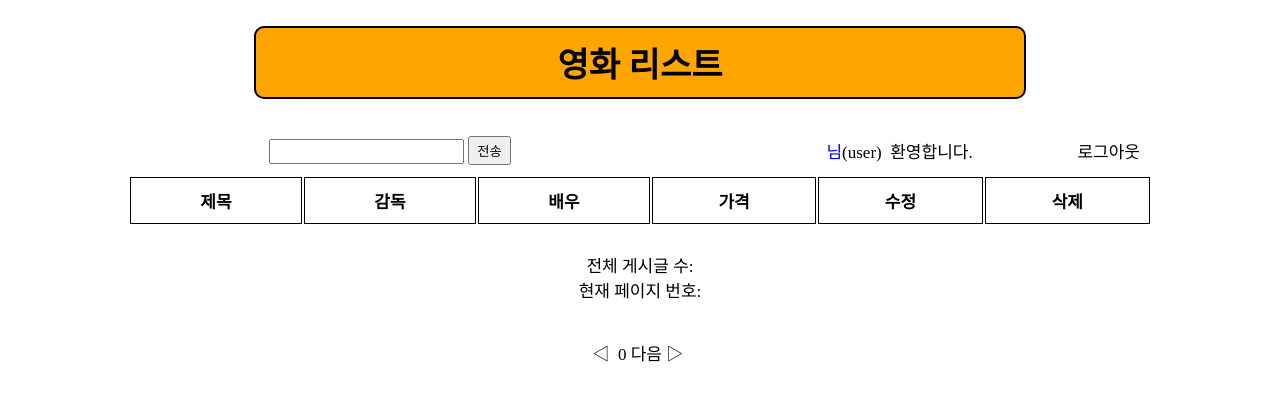
Repository: EverythingOfC/movie
Page: http://localhost/movie/movie/list.jsp
The author's editor kept a copy of each file at every save. The page is drawn from the files as they stood at one save, then again after the next save.
The browser window is 1280 px wide. The pictures show the whole page.
The page is served by Tomcat 9. Nobody is signed in. The application's start-up code is not run. Other server files are loaded and not shown. The template is opened directly, without the code that normally fills it, so the values that code supplies are empty.

Above is the page before, as saved 2023-01-03 09:47:22.

### movie/src/main/webapp/movie/list.jsp
<%@ page language="java" contentType="text/html; charset=UTF-8"
	pageEncoding="UTF-8"%>
<%@ taglib prefix="c" uri="http://java.sun.com/jsp/jstl/core"%>
<!DOCTYPE html>
<html>
<head>
<meta charset="UTF-8">
<title>Insert title here</title>
<link rel="stylesheet" type="text/css" href="../css/movie.css">
</head>
<body>

	<div class="title">
		<h1>영화 리스트</h1>
	</div>

	<div class="main">
		<table>

			<tr>
				<td colspan="3" style="border:0; text-align:center;">
				<form action="ms" method="get">
					<input type="text" name="search" style="padding:3px 7px;">
					<input type="submit" value="전송" style="padding:3px 7px;">
				</form>
				</td>
				<td colspan="2" style="border:0; text-align:right;">
				<c:choose>
					<c:when test="${member.auth eq '1' }">
					<span style="color:red">${member.name}님</span>(admin)
					</c:when>
					<c:otherwise>
					<span style="color:blue">${member.name}님</span>(user)
					</c:otherwise>
				</c:choose>&nbsp;환영합니다.
				</td>
				<td style="border: 0; text-align: right; margin-top: 2vw;">

					<c:if test="${member.auth eq '1' }"><!-- 관리자인 경우에만 -->
					<a href="ms?command=insertForm">영화등록</a>&nbsp;&nbsp;
					</c:if>
					<a href="ms?command=loginForm">로그아웃</a>
				</td>
			</tr>

			<tr>
				<th>제목</th>
				<th>감독</th>
				<th>배우</th>
				<th>가격</th>
				<th>수정</th>
				<th>삭제</th>
			</tr>

			<c:forEach var="movie" items="${movies }">
				<tr>
					<td><a style="color:red;" href="ms?command=view&code=${movie.code}">${movie.title }</a></td>
					<td>${movie.director }</td>
					<td>${movie.actor }</td>
					<td>${movie.price }</td>


					<c:choose>
						<c:when test="${member.auth eq '1' }">	<!-- 관리자인 경우 -->
							<td><a href="ms?command=updateForm&code=${movie.code}">정보
									수정</a></td>
							<td><a href="ms?command=delete&code=${movie.code }">정보
									삭제</a></td>
						</c:when>
						<c:otherwise>
							<td>사용자는 수정불가</td>
							<td>사용자는 삭제불가</td>
						</c:otherwise>

					</c:choose>

				</tr>
			</c:forEach>
		</table>
	</div>

	<div class="page">

		<c:set var="page" value="${paging.getCurrentPage() }"/> <!--  현재 페이지 -->
		<c:set var="beginPage" value="${paging.getBeginPage() }"/>
		<c:set var="endPage" value="${paging.getEndPage() }"/>
		<c:set var="totalPage" value="${paging.getTotalPage() }"/>
		<c:set var="url" value="${url }"/>
		<c:set var="displayPage" value="${paging.getDisplayPage() }"/>


		<p>전체 게시글 수: <span style="color:red">${paging.getTotalCount() }</span></p>
		<p>현재 페이지 번호: <span style="color:red">${page }</span></p>
	</div>


	<div class="pagination">


	<!--  처음으로  -->
	<c:if test="${page == 1}">
		<span> ◁&nbsp; </span>
	</c:if>

	<c:if test="${page != 1 }">
		<a href="${url}&page=1">
		<span> ◁&nbsp; </span>
		</a>
	</c:if>

	<!--  이전으로 -->
		<c:if test="${ page<=1 }">
				<span>이전</span>
		</c:if>
		<c:if test="${ page>1 }">
			<a href="${url }&page=${page-1}">이전</a>
		</c:if>

		<!--  넘버링 부분 -->
		<c:forEach var="item" varStatus = "status" begin="${beginPage }" end="${endPage }" step = "1">

		<c:if test="${page == item }">	<!--  현재 페이지는 클릭 못함 -->
			<span style="font-size:16px; color:red">${item }</span>
		</c:if>

		<c:if test="${page != item }">  <!--  현재 페이지가 아니면 클릭 가능 -->
			<a href="${url }&page=${item}">${item }</a>
		</c:if>

		</c:forEach>


		<!--  다음으로 -->
		<c:if test="${ page>=totalPage }">
				<span>다음</span>
		</c:if>
		<c:if test="${ page<totalPage }">
			<a href="${url }&page=${page+1}">다음</a>
		</c:if>

	<!-- 마지막으로  -->
	<c:if test="${page == totalPage }">
		<span> ▷&nbsp; </span>
	</c:if>
	<c:if test="${page != totalPage }">
		<a href="${url}&page=${totalPage}">
		<span> ▷&nbsp; </span>
		</a>
	</c:if>
	</div>
</body>
</html>

### movie/src/main/webapp/css/movie.css
@charset "UTF-8";

*{
	margin: 0 auto;
}
body{
	font-size:17px;
}
img{
	border:0;
}
a{
	text-decoration:none;
	color:black;
}
a:hover{
	font-weight:bold;
}
li{
	list-style: none;
}

.title{
	margin:2vw auto;
	text-align:center;
	border:2px solid black;
	border-radius:10px;
	background:orange;
	width:60%;
	padding:10px 0;
}
.main table{
	width:80%;
}
.main td,.main th{
	padding:10px;
	border:1px solid black;
	border-collapse: collapse;
}

.insert table td{
	text-align:center;
}
.insert table td input, .i_button input, .insert table td img{
	padding:8px 15px;
	font-weight:bold;
	font-size:14px;
}
.insert table{
	width:50%;
	font-size:17px;
}
.insert td,.insert th{
	padding:8px;
	border:1px solid black;
	border-collapse: collapse;
}
.i_button{
	margin-top:1vw;
	width:50%;
	text-align:center;
}


.login table td{
	text-align:center;
}
.login table td input, .l_button input{
	padding:11px 15px;
	font-weight:bold;
	font-size:14px;
}
.login table{
	width:50%;
	font-size:17px;
}
.login td,.login th{
	padding:8px;
	border:1px solid black;
	border-collapse: collapse;
}
.l_button{
	margin-top:2vw;
	width:50%;
	text-align:center;
}



.sign table td{
	text-align:center;
}

.sign table td label{
	display:inline-block;
	padding:8px 15px;
	font-size:14px;
 }
.sign table td input, .s_button input{
	padding:8px 15px;
	font-weight:bold;
	font-size:14px;
}
.sign table{
	width:50%;
	font-size:17px;
}
.sign td,.sign th{
	padding:8px;
	border:1px solid black;
	border-collapse: collapse;
}
.s_button{
	margin-top:2vw;
	width:50%;
	text-align:center;
}


.update table td{
	text-align:center;
}
.update table td input, .u_button input, .update table td img{
	padding:8px 15px;
	font-weight:bold;
	font-size:14px;
}
.update table{
	width:50%;
	font-size:17px;
}
.update td,.update th{
	padding:8px;
	border:1px solid black;
	border-collapse: collapse;
}
.u_button{
	margin-top:1vw;
	width:50%;
	text-align:center;
}


.view table td{
	text-align:center;
}
.view table td input, .v_button input, .view table td img{
	padding:8px 15px;
	font-weight:bold;
	font-size:14px;
}
.view table{
	width:50%;
	font-size:17px;
}
.view td,.view th{
	padding:8px;
	border:1px solid black;
	border-collapse: collapse;
}
.v_button{
	margin-top:1vw;
	width:50%;
	text-align:center;
}

.page,.pagination{
	width:70%;
	margin-top:2vw;
	text-align:center;
}
.pagination{
	margin-top:3vw;
}

After the next save:
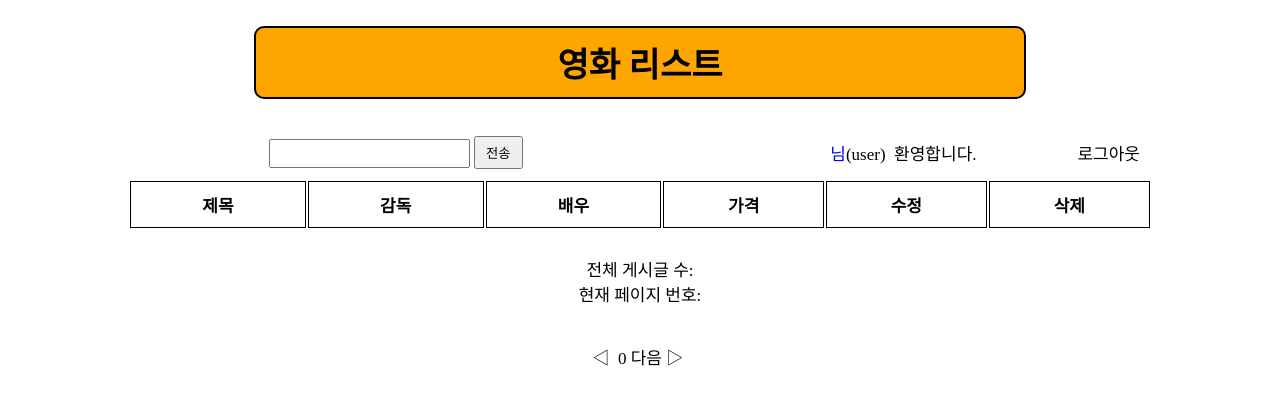
Saved 12 s later.
--- a/movie/src/main/webapp/movie/list.jsp
+++ b/movie/src/main/webapp/movie/list.jsp
@@ -20,8 +20,8 @@
 			<tr>
 				<td colspan="3" style="border:0; text-align:center;">
 				<form action="ms" method="get">
-					<input type="text" name="search" style="padding:3px 7px;">
-					<input type="submit" value="전송" style="padding:3px 7px;">
+					<input type="text" name="search" style="padding:5px 10px;">
+					<input type="submit" value="전송" style="padding:5px 10px;">
 				</form>
 				</td>
 				<td colspan="2" style="border:0; text-align:right;">
